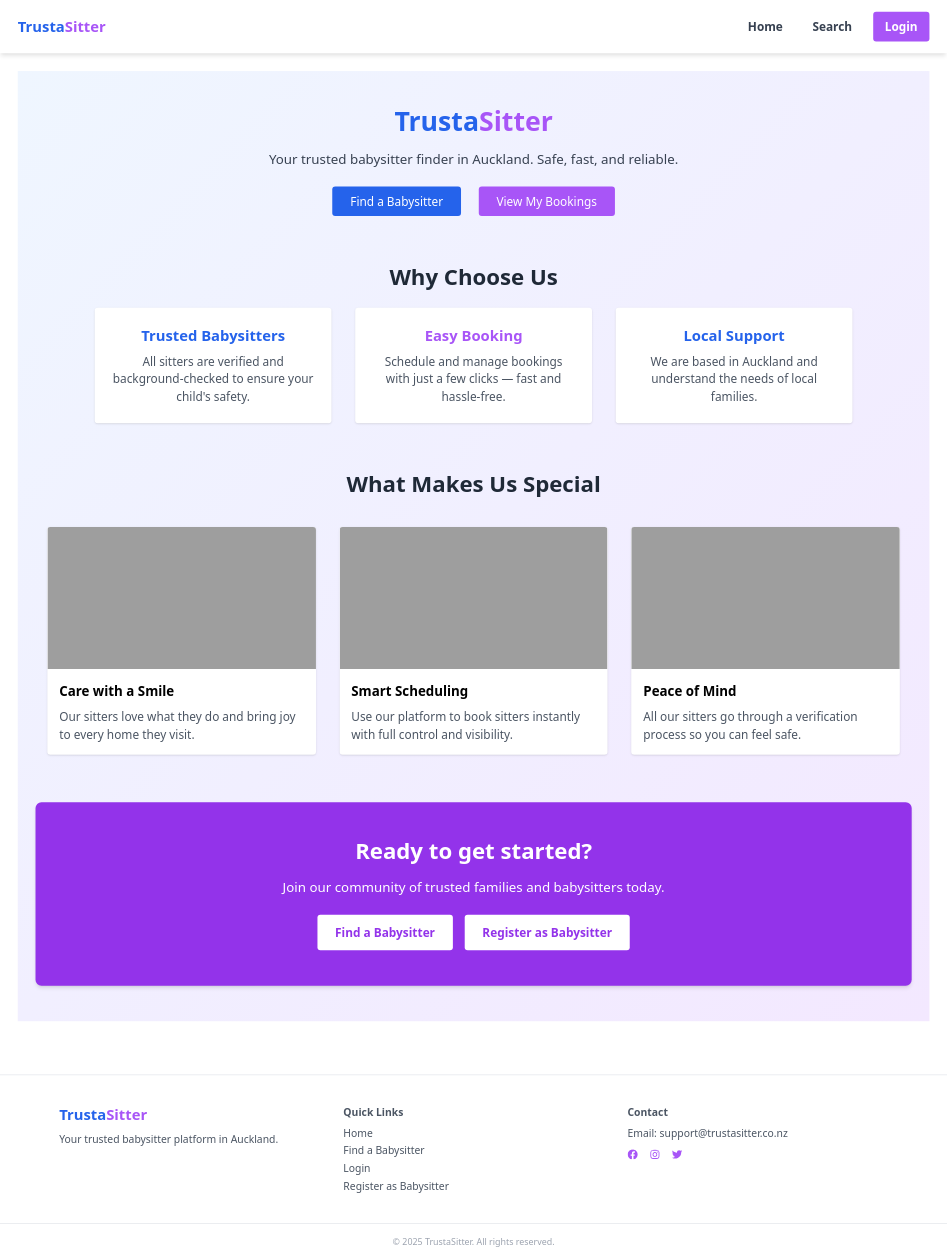
Repository: LargeWC-Code/TrustaSitter
Page: / (app in trustasitter-frontend/)
These files come from the project's save history. The page is drawn as it stood at one moment and after the next save; the edit follows.
The browser window is 1280 px wide. The pictures show the whole page, at 74% of full size.
Pictures or frames that could not be fetched are drawn as grey boxes. The project was rebuilt for these pictures with package versions that can differ from the ones it lists, and the page was loaded fresh each time. Also part of the build but not shown: trustasitter-frontend/vite.config.js, trustasitter-frontend/src/pages/Search.jsx, trustasitter-frontend/src/pages/Login.jsx, trustasitter-frontend/src/pages/Bookings.jsx, trustasitter-frontend/src/pages/ChooseRole.jsx, trustasitter-frontend/src/pages/RegisterBabysitter.jsx, trustasitter-frontend/src/pages/RegisterClient.jsx, trustasitter-frontend/src/pages/HomeClient.jsx and 2 more.

Above is the page before, as saved 2025-06-29 02:58:41.

### trustasitter-frontend/index.html
<!doctype html>
<html lang="en">
  <head>
    <meta charset="UTF-8" />
    <link rel="icon" type="image/png" href="/image.png" />
    <meta name="viewport" content="width=device-width, initial-scale=1.0" />
    <title>TrustaSitter</title>
  </head>
  <body>
    <div id="root"></div>
    <script type="module" src="/src/main.jsx"></script>
  </body>
</html>

### trustasitter-frontend/src/main.jsx
import React from 'react';
import ReactDOM from 'react-dom/client';
import App from './App';
import './index.css'; // Importing global styles

ReactDOM.createRoot(document.getElementById('root')).render(
  <React.StrictMode>
    <App />
  </React.StrictMode>
);

### trustasitter-frontend/src/App.jsx
// App.jsx – Router setup with Navbar
import React from 'react';
import { BrowserRouter as Router, Routes, Route } from 'react-router-dom';

import Navbar from './components/Navbar'; // Importing the Navbar component
import Footer from './components/Footer'; // Importing the Footer component
import Home from './pages/Home';  // Importing the Home component
import Search from './pages/Search';  // Importing the Search component
import Login from './pages/Login';  // Importing the Login component
import Bookings from './pages/Bookings';    // Importing the Bookings component
import ChooseRole from './pages/ChooseRole';  // Importing the ChooseRole component
import RegisterBabysitter from './pages/RegisterBabysitter'; // Importing the RegisterBabysitter component
import RegisterClient from './pages/RegisterClient'; // Importing the RegisterClient component
import  HomeClient from './pages/HomeClient'; // Importing the HomeClient component
import HomeBabysitter from './pages/HomeBabysitter'; // Importing the HomeBabysitter component
import ProfileBabysitter from "./pages/ProfileBabysitter"; // Importing the ProfileBabysitter component

const App = () => {
  return (
    <Router>
      <Navbar />
      <div className="p-6">
        <Routes>
          <Route path="/homeclient" element={<HomeClient />} />
          <Route path="/register-client" element={<RegisterClient />} />
          <Route path="/home-babysitter" element={<HomeBabysitter />} />
          <Route path="/" element={<Home />} />
          <Route path="/search" element={<Search />} />
          <Route path="/login" element={<Login />} />
          <Route path="/bookings" element={<Bookings />} />
          <Route path="/choose-role" element={<ChooseRole />} />
          <Route path="/register-babysitter" element={<RegisterBabysitter />} />
          <Route path="/profile" element={<ProfileBabysitter />} />
        </Routes>
      </div>
      <Footer />
    </Router>
  );
};

export default App;

### trustasitter-frontend/src/components/Navbar.jsx
import { Link } from 'react-router-dom';

function Navbar() {
  return (
    <nav className="bg-white shadow-md px-6 py-4 flex justify-between items-center">
      {/* Logo */}
      <div className="text-xl font-bold">
        <Link to="/" className="text-xl font-bold">
          <span className="text-blue-600">Trusta</span>
          <span className="text-purple-500">Sitter</span>
        </Link>
      </div>

      {/* Navigation Links */}
      <div className="flex items-center gap-4">
        <Link
          to="/"
          className="text-gray-700 font-semibold px-3 py-2 rounded hover:bg-purple-50 hover:text-purple-600 transition"
        >
          Home
        </Link>
        <Link
          to="/search"
          className="text-gray-700 font-semibold px-3 py-2 rounded hover:bg-purple-50 hover:text-purple-600 transition"
        >
          Search
        </Link>
        <Link
          to="/login"
          className="bg-purple-500 hover:bg-purple-600 text-white font-semibold px-4 py-2 rounded transition"
        >
          Login
        </Link>
      </div>
    </nav>
  );
}

export default Navbar;

### trustasitter-frontend/src/components/Footer.jsx
import React from 'react';
import { Link } from 'react-router-dom';
import { FaFacebook, FaInstagram, FaTwitter } from 'react-icons/fa';

const Footer = () => {
  return (
    <footer className="bg-white border-t mt-12">
      <div className="max-w-6xl mx-auto px-4 py-10 grid md:grid-cols-3 gap-8 text-sm text-gray-600">
        {/* Logo and description */}
        <div>
          <h2 className="text-xl font-bold mb-2">
            <span className="text-blue-600">Trusta</span>
            <span className="text-purple-500">Sitter</span>
          </h2>
          <p>Your trusted babysitter platform in Auckland.</p>
        </div>

        {/* Quick Links */}
        <div>
          <h3 className="font-semibold mb-2">Quick Links</h3>
          <ul className="space-y-1">
            <li>
              <Link
                to="/"
                onClick={() => window.scrollTo(0, 0)}
              >
                Home
              </Link>
            </li>
            <li>
              <Link
                to="/search"
                onClick={() => window.scrollTo(0, 0)}
              >
                Find a Babysitter
              </Link>
            </li>
            <li>
              <Link
                to="/login"
                onClick={() => window.scrollTo(0, 0)}
              >
                Login
              </Link>
            </li>
            <li>
              <Link
                to="/register-babysitter"
                onClick={() => window.scrollTo(0, 0)}
              >
                Register as Babysitter
              </Link>
            </li>
          </ul>
        </div>

        {/* Contact and socials */}
        <div>
          <h3 className="font-semibold mb-2">Contact</h3>
          <p>Email: support@trustasitter.co.nz</p>
          <div className="flex space-x-4 mt-3">
            <a href="#" className="text-purple-500 hover:text-purple-700">
              <FaFacebook />
            </a>
            <a href="#" className="text-purple-500 hover:text-purple-700">
              <FaInstagram />
            </a>
            <a href="#" className="text-purple-500 hover:text-purple-700">
              <FaTwitter />
            </a>
          </div>
        </div>
      </div>
      <div className="text-center text-xs text-gray-400 py-4 border-t">
        © {new Date().getFullYear()} TrustaSitter. All rights reserved.
      </div>
    </footer>
  );
};

export default Footer;

### trustasitter-frontend/src/pages/Home.jsx
// src/pages/Home.jsx
import React, { useState } from 'react';
import { Link, useNavigate } from 'react-router-dom';

const Home = () => {
  // Simulate authentication state
  const [isLoggedIn, setIsLoggedIn] = useState(false);
  const [showLoginPopup, setShowLoginPopup] = useState(false);
  const navigate = useNavigate();

  // Handle the bookings button
  const handleBookingsClick = () => {
    if (isLoggedIn) {
      navigate('/bookings');
    } else {
      setShowLoginPopup(true);
    }
  };

  return (
    <main className="bg-gradient-to-br from-blue-50 to-purple-100 min-h-screen py-12 px-6 relative">
      {/* Section 1 – Main title and intro */}
      <div className="text-center max-w-xl mx-auto mb-16">
        <h1 className="text-4xl font-bold mb-4">
          <span className="text-blue-600">Trusta</span>
          <span className="text-purple-500">Sitter</span>
        </h1>
        <p className="text-lg text-gray-700 mb-6">
          Your trusted babysitter finder in Auckland. Safe, fast, and reliable.
        </p>
        <div className="flex justify-center gap-6">
          <Link
            to="/search"
            onClick={() => window.scrollTo(0, 0)}
            className="bg-blue-600 hover:bg-blue-700 text-white px-6 py-2 rounded transition"
          >
            Find a Babysitter
          </Link>
          <button
            onClick={handleBookingsClick}
            className="bg-purple-500 hover:bg-purple-600 text-white px-6 py-2 rounded transition"
          >
            View My Bookings
          </button>
        </div>
      </div>

      {/* Section 2 – Why choose us */}
      <div className="max-w-5xl mx-auto text-center mb-16">
        <h2 className="text-3xl font-bold text-gray-800 mb-6">Why Choose Us</h2>
        <div className="grid md:grid-cols-3 gap-8">
          <div className="bg-white p-6 rounded shadow hover:shadow-lg transition">
            <h3 className="text-xl font-semibold text-blue-600 mb-2">Trusted Babysitters</h3>
            <p className="text-gray-600">All sitters are verified and background-checked to ensure your child's safety.</p>
          </div>
          <div className="bg-white p-6 rounded shadow hover:shadow-lg transition">
            <h3 className="text-xl font-semibold text-purple-500 mb-2">Easy Booking</h3>
            <p className="text-gray-600">Schedule and manage bookings with just a few clicks — fast and hassle-free.</p>
          </div>
          <div className="bg-white p-6 rounded shadow hover:shadow-lg transition">
            <h3 className="text-xl font-semibold text-blue-600 mb-2">Local Support</h3>
            <p className="text-gray-600">We are based in Auckland and understand the needs of local families.</p>
          </div>
        </div>
      </div>

      {/* Section 3 – Highlights with images */}
      <div className="max-w-6xl mx-auto mb-16">
        <h2 className="text-3xl font-bold text-center text-gray-800 mb-10">What Makes Us Special</h2>
        <div className="grid md:grid-cols-3 gap-8">
          <div className="bg-white rounded shadow hover:shadow-lg transition overflow-hidden">
            <img
              src="https://images.pexels.com/photos/3933063/pexels-photo-3933063.jpeg?auto=compress&cs=tinysrgb&w=800"
              alt="Happy babysitter with child"
              className="w-full h-48 object-cover"
            />
            <div className="p-4">
              <h3 className="text-lg font-semibold mb-2">Care with a Smile</h3>
              <p className="text-gray-600">Our sitters love what they do and bring joy to every home they visit.</p>
            </div>
          </div>
          <div className="bg-white rounded shadow hover:shadow-lg transition overflow-hidden">
            <img
              src="https://images.pexels.com/photos/4260323/pexels-photo-4260323.jpeg?auto=compress&cs=tinysrgb&w=800"
              alt="Scheduling babysitter"
              className="w-full h-48 object-cover"
            />
            <div className="p-4">
              <h3 className="text-lg font-semibold mb-2">Smart Scheduling</h3>
              <p className="text-gray-600">Use our platform to book sitters instantly with full control and visibility.</p>
            </div>
          </div>
          <div className="bg-white rounded shadow hover:shadow-lg transition overflow-hidden">
            <img
              src="https://images.pexels.com/photos/3662665/pexels-photo-3662665.jpeg?auto=compress&cs=tinysrgb&w=800"
              alt="Family relaxing"
              className="w-full h-48 object-cover"
            />
            <div className="p-4">
              <h3 className="text-lg font-semibold mb-2">Peace of Mind</h3>
              <p className="text-gray-600">All our sitters go through a verification process so you can feel safe.</p>
            </div>
          </div>
        </div>
      </div>

      {/* Section 4 – Call to Action */}
      <section className="bg-purple-600 text-white text-center py-12 px-6 rounded-lg mt-10 shadow-md">
        <h2 className="text-3xl font-bold mb-4">Ready to get started?</h2>
        <p className="mb-6 text-lg">Join our community of trusted families and babysitters today.</p>
        <div className="flex flex-col sm:flex-row justify-center gap-4">
          <Link
            to="/search"
            onClick={() => window.scrollTo(0, 0)}
            className="bg-white text-purple-600 px-6 py-3 rounded font-semibold hover:bg-gray-100 transition"
          >
            Find a Babysitter
          </Link>
          <Link
            to="/register-babysitter"
            onClick={() => window.scrollTo(0, 0)}
            className="bg-white text-purple-600 px-6 py-3 rounded font-semibold hover:bg-gray-100 transition"
          >
            Register as Babysitter
          </Link>
        </div>
      </section>

      {/* Login Popup */}
      {showLoginPopup && (
        <div
          className="fixed inset-0 flex items-center justify-center bg-black bg-opacity-50 z-50"
          onClick={() => setShowLoginPopup(false)}
        >
          <div
            className="bg-white rounded-lg shadow-lg p-6 max-w-sm w-full"
            onClick={(e) => e.stopPropagation()}
          >
            <h3 className="text-xl font-semibold mb-4 text-gray-800">Login Required</h3>
            <p className="mb-6 text-gray-600">
              To view your bookings, please log in or create an account.
            </p>
            <div className="flex justify-end gap-4">
              <button
                onClick={() => setShowLoginPopup(false)}
                className="px-4 py-2 rounded bg-gray-200 text-gray-700 hover:bg-gray-300"
              >
                Cancel
              </button>
              <button
                onClick={() => navigate('/login')}
                className="px-4 py-2 rounded bg-purple-600 text-white hover:bg-purple-700"
              >
                Login
              </button>
              <button
                onClick={() => navigate('/choose-role')}
                className="px-4 py-2 rounded bg-blue-600 text-white hover:bg-blue-700"
              >
                Register
              </button>
            </div>
          </div>
        </div>
      )}
    </main>
  );
};

export default Home;

Loaded but not shown: trustasitter-frontend/src/index.css (common file); trustasitter-frontend/tailwind.config.js (common file)

After the next save:
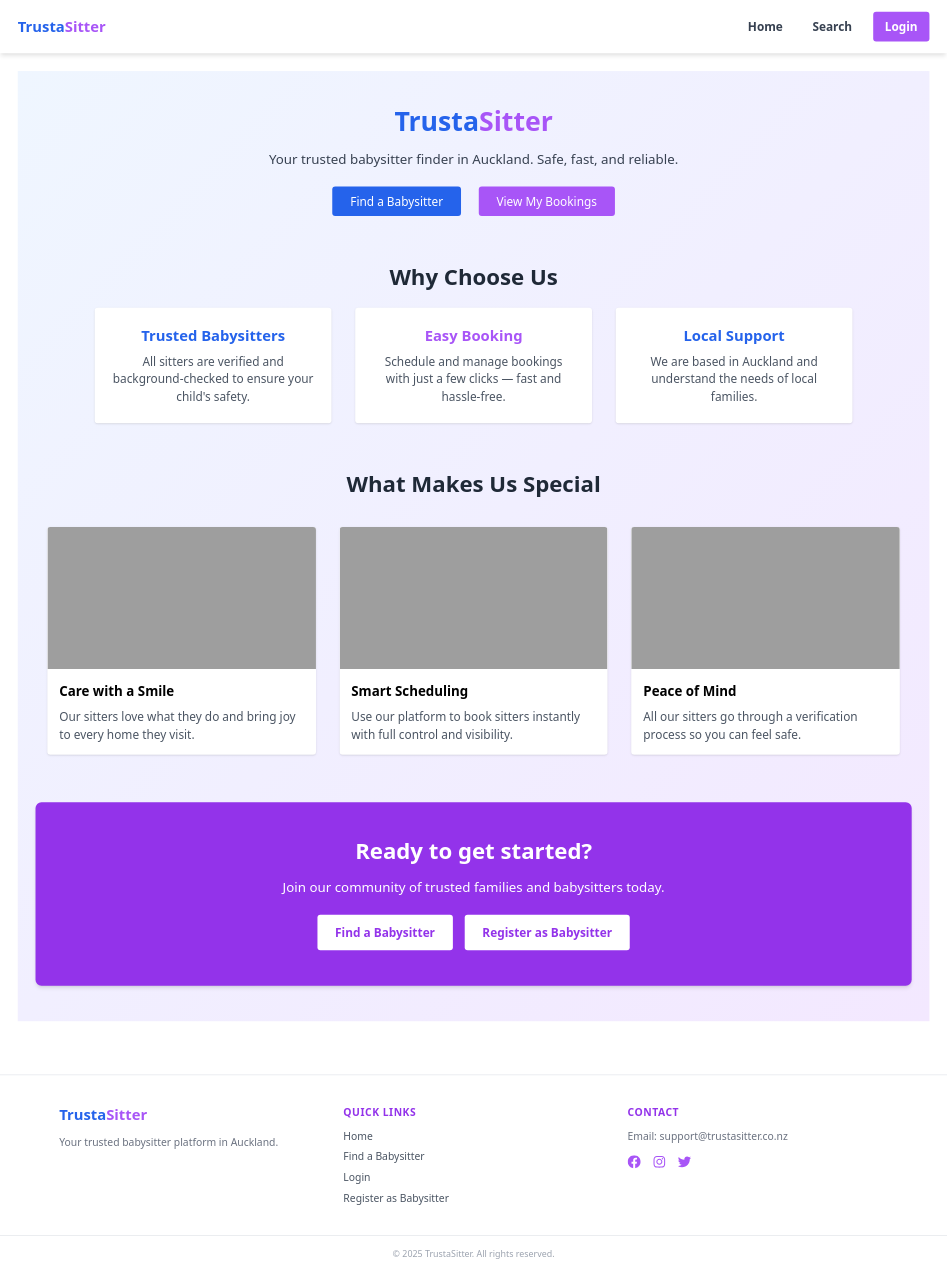
Saved 5 min 5 s later.
--- a/trustasitter-frontend/src/components/Footer.jsx
+++ b/trustasitter-frontend/src/components/Footer.jsx
@@ -8,21 +8,22 @@ const Footer = () => {
       <div className="max-w-6xl mx-auto px-4 py-10 grid md:grid-cols-3 gap-8 text-sm text-gray-600">
         {/* Logo and description */}
         <div>
-          <h2 className="text-xl font-bold mb-2">
+          <h2 className="text-xl font-bold mb-3">
             <span className="text-blue-600">Trusta</span>
             <span className="text-purple-500">Sitter</span>
           </h2>
-          <p>Your trusted babysitter platform in Auckland.</p>
+          <p className="text-gray-500">Your trusted babysitter platform in Auckland.</p>
         </div>
 
         {/* Quick Links */}
         <div>
-          <h3 className="font-semibold mb-2">Quick Links</h3>
-          <ul className="space-y-1">
+          <h3 className="font-semibold mb-3 text-purple-600 uppercase tracking-wider">Quick Links</h3>
+          <ul className="space-y-2">
             <li>
               <Link
                 to="/"
                 onClick={() => window.scrollTo(0, 0)}
+                className="hover:underline hover:text-purple-600 transition"
               >
                 Home
               </Link>
@@ -31,6 +32,7 @@ const Footer = () => {
               <Link
                 to="/search"
                 onClick={() => window.scrollTo(0, 0)}
+                className="hover:underline hover:text-purple-600 transition"
               >
                 Find a Babysitter
               </Link>
@@ -39,6 +41,7 @@ const Footer = () => {
               <Link
                 to="/login"
                 onClick={() => window.scrollTo(0, 0)}
+                className="hover:underline hover:text-purple-600 transition"
               >
                 Login
               </Link>
@@ -47,6 +50,7 @@ const Footer = () => {
               <Link
                 to="/register-babysitter"
                 onClick={() => window.scrollTo(0, 0)}
+                className="hover:underline hover:text-purple-600 transition"
               >
                 Register as Babysitter
               </Link>
@@ -56,17 +60,17 @@ const Footer = () => {
 
         {/* Contact and socials */}
         <div>
-          <h3 className="font-semibold mb-2">Contact</h3>
-          <p>Email: support@trustasitter.co.nz</p>
-          <div className="flex space-x-4 mt-3">
-            <a href="#" className="text-purple-500 hover:text-purple-700">
-              <FaFacebook />
+          <h3 className="font-semibold mb-3 text-purple-600 uppercase tracking-wider">Contact</h3>
+          <p className="text-gray-500">Email: support@trustasitter.co.nz</p>
+          <div className="flex space-x-4 mt-4">
+            <a href="#" className="text-purple-500 hover:text-purple-700 transition">
+              <FaFacebook size={18} />
             </a>
-            <a href="#" className="text-purple-500 hover:text-purple-700">
-              <FaInstagram />
+            <a href="#" className="text-purple-500 hover:text-purple-700 transition">
+              <FaInstagram size={18} />
             </a>
-            <a href="#" className="text-purple-500 hover:text-purple-700">
-              <FaTwitter />
+            <a href="#" className="text-purple-500 hover:text-purple-700 transition">
+              <FaTwitter size={18} />
             </a>
           </div>
         </div>
